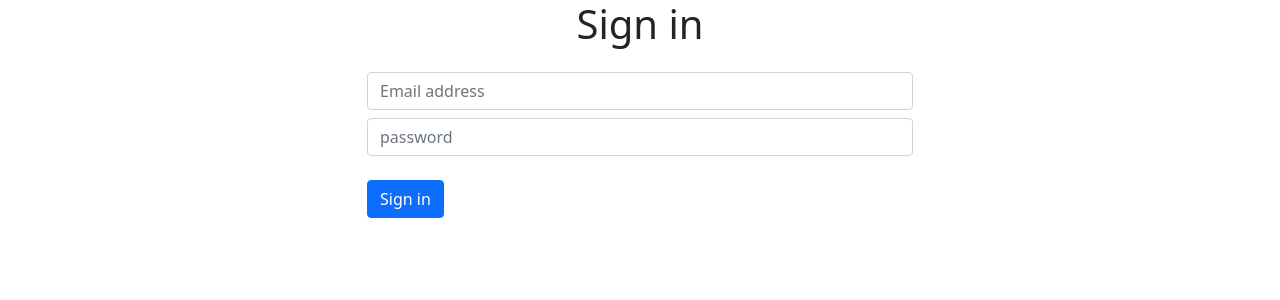
Repository: paresh-art/MyWebsite
Page: http://localhost/com.website/signIn.jsp
The author's editor kept a copy of each file at every save. The page is drawn from the files as they stood at one save, then again after the next save.
The browser window is 1280 px wide. The pictures show the whole page.
The page is served by Tomcat 9. Other server files are loaded and not shown.

Above is the page before, as saved 2022-11-08 08:27:38.

### com.website/src/main/webapp/signIn.jsp
<%@ page language="java" contentType="text/html; charset=UTF-8"
	pageEncoding="UTF-8"%>
<!DOCTYPE html>
<html>
<head>
<meta charset="UTF-8">
<!-- Required meta tags -->
<meta charset="utf-8">
<meta name="viewport" content="width=device-width, initial-scale=1">
<!-- Bootstrap CSS -->
<link
	href="https://cdn.jsdelivr.net/npm/bootstrap@5.0.2/dist/css/bootstrap.min.css"
	rel="stylesheet"
	integrity="sha384-EVSTQN3/azprG1Anm3QDgpJLIm9Nao0Yz1ztcQTwFspd3yD65VohhpuuCOmLASjC"
	crossorigin="anonymous">

<title>Sign in Page</title>
</head>
<body>
	<div class="container">
		<h1 class="mx-auto text-center">Sign in</h1>
		<form action="home.jsp" class="mt-4" method="post">
			<div class="row">
				<div class="col-lg-6 col-md-8 col-sm-12 mx-auto text-light">
					<input type="text" class="form-control" placeholder="Email address"
						name="email">
				</div>
			</div>

			<div class="row mt-2">
				<div class="col-lg-6 col-md-8 col-sm-12 mx-auto text-light">
					<input type="text" class="form-control" placeholder="password"
						name="password">
				</div>
			</div>
			<br>
			<div class="row">
				<div class="col-lg-6 col-md-8 col-sm-12 mx-auto text-light">
					<button class="btn btn-primary " type="submit">Sign in</button>
				</div>

			</div>
		</form>
	</div>

<!-- Optional JavaScript; choose one of the two! -->

	<!-- Option 1: Bootstrap Bundle with Popper -->
	<script
		src="https://cdn.jsdelivr.net/npm/bootstrap@5.0.2/dist/js/bootstrap.bundle.min.js"
		integrity="sha384-MrcW6ZMFYlzcLA8Nl+NtUVF0sA7MsXsP1UyJoMp4YLEuNSfAP+JcXn/tWtIaxVXM"
		crossorigin="anonymous"></script>

	<!-- Option 2: Separate Popper and Bootstrap JS -->
	<!--
    <script src="https://cdn.jsdelivr.net/npm/@popperjs/core@2.9.2/dist/umd/popper.min.js" integrity="sha384-IQsoLXl5PILFhosVNubq5LC7Qb9DXgDA9i+tQ8Zj3iwWAwPtgFTxbJ8NT4GN1R8p" crossorigin="anonymous"></script>
    <script src="https://cdn.jsdelivr.net/npm/bootstrap@5.0.2/dist/js/bootstrap.min.js" integrity="sha384-cVKIPhGWiC2Al4u+LWgxfKTRIcfu0JTxR+EQDz/bgldoEyl4H0zUF0QKbrJ0EcQF" crossorigin="anonymous"></script>
    -->



</body>
</html>

After the next save:
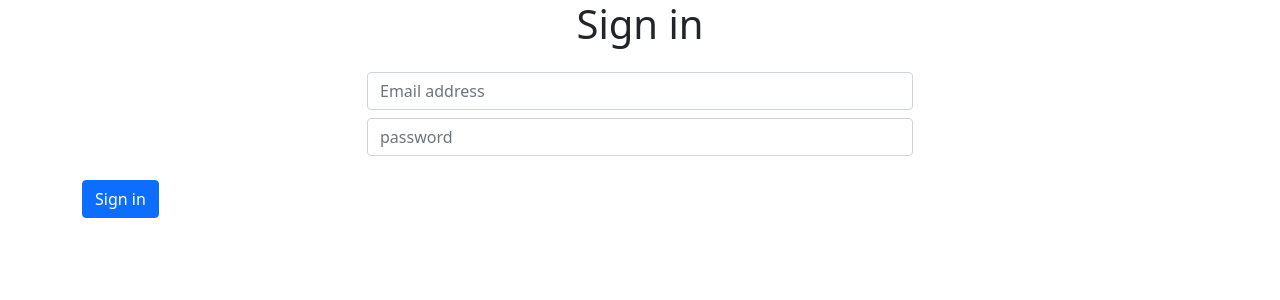
Saved 54 s later.
--- a/com.website/src/main/webapp/signIn.jsp
+++ b/com.website/src/main/webapp/signIn.jsp
@@ -35,8 +35,8 @@
 			</div>
 			<br>
 			<div class="row">
-				<div class="col-lg-6 col-md-8 col-sm-12 mx-auto text-light">
-					<button class="btn btn-primary " type="submit">Sign in</button>
+				<div class="col-lg-6 col-md-8 col-sm-12  text-light">
+					<button class="btn btn-primary mx-auto" type="submit">Sign in</button>
 				</div>
 
 			</div>
